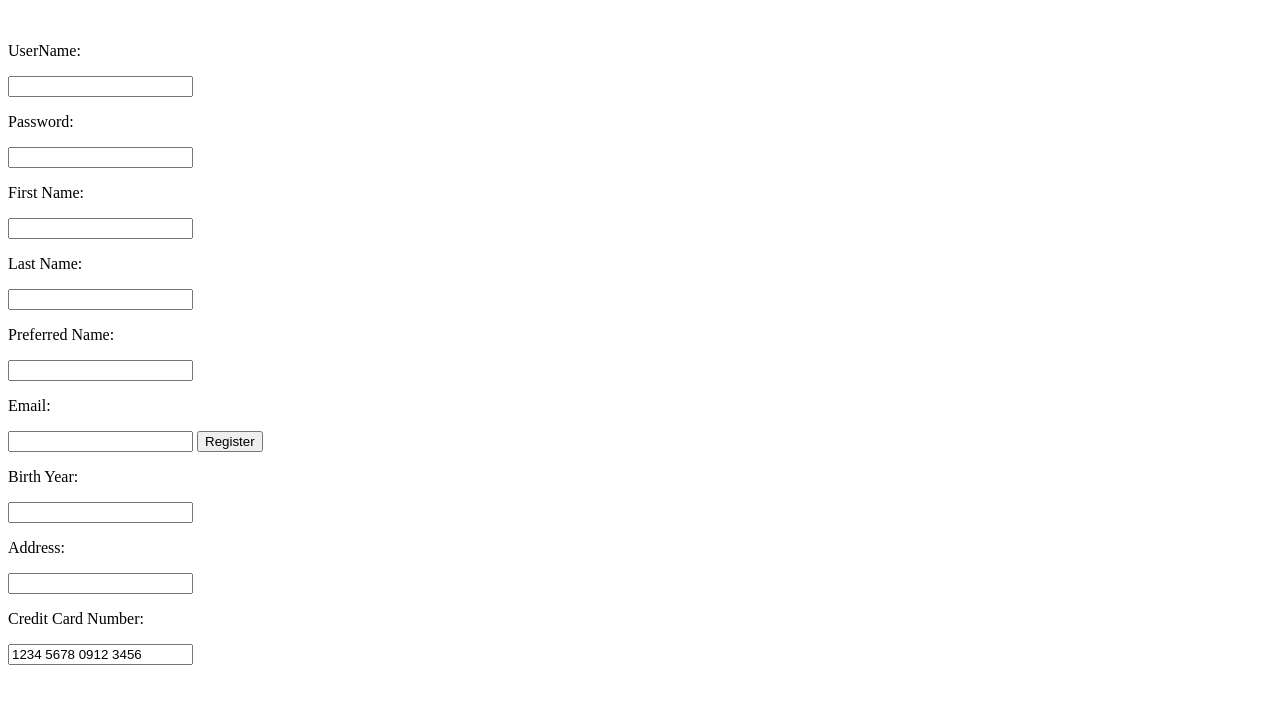
Repository: Hamzamshoaib/us2
Page: http://localhost/te_assignment_2/register.jsp
These files come from the project's save history. The page is drawn as it stood at one moment and after the next save; the edit follows.
The browser window is 1280 px wide. The pictures show the whole page.
The page is served by Tomcat 9. Queries for data that is not in the repository find no rows.

Above is the page before, as saved 2015-05-09 12:20:41.

After the next save:
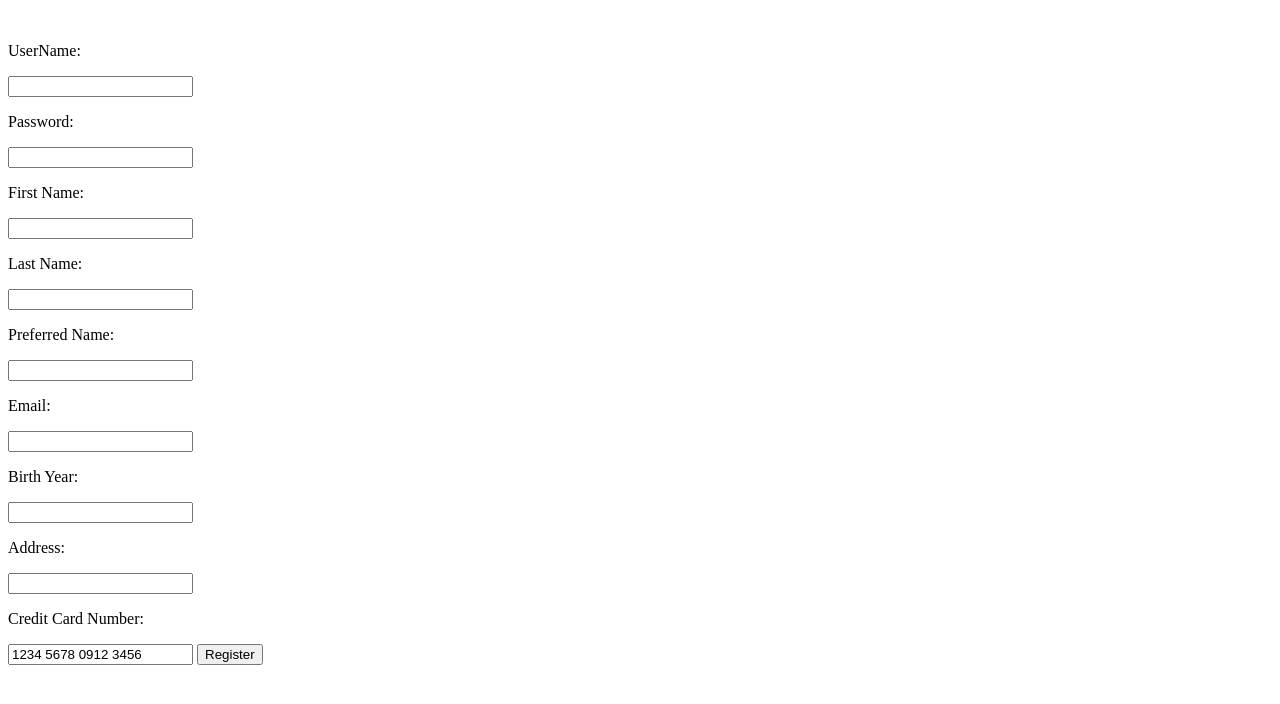
Saved 20 s later.
--- a/te_assignment_2/WebContent/register.jsp
+++ b/te_assignment_2/WebContent/register.jsp
@@ -26,7 +26,6 @@
 <br>
 <p>Email: </p>
 <INPUT type="text" name="email">
-<INPUT TYPE="submit" name="action" value="Register">
 <br>
 <p>Birth Year: </p>
 <INPUT type="text" name="birthyear">
@@ -36,6 +35,7 @@
 <br>
 <p>Credit Card Number: </p>
 <INPUT type="text" name="creditcard" value="1234 5678 0912 3456">
+<INPUT TYPE="submit" name="action" value="Register">
 </FORM>
 </body>
 </html>
